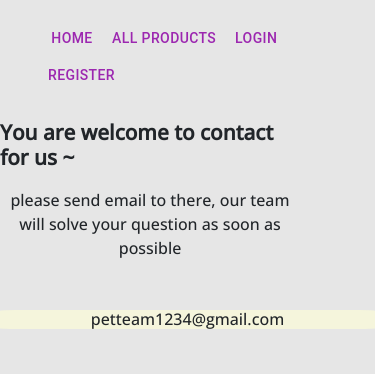
Repository: dzwfighting/pet
Page: /contact
The author's editor kept a copy of each file at every save. The page is drawn from the files as they stood at one save, then again after the next save.
The browser window is 375 px wide. The pictures show the whole page.
The project was rebuilt for these pictures with package versions that can differ from the ones it lists, and the page was loaded fresh each time. Also part of the build but not shown: src/components/homeComponent.js, src/components/Layout.js, src/components/checkoutComponent.js, src/fake-data/products.js, src/styles/css/cart.css, src/components/ShopCartComponent.js, src/components/productsDetail.js, src/manipulate/checkValid.js and 10 more.

Above is the page before, as saved 2023-08-20 10:24:29.

### src/index.js
import React from "react";
import ReactDOM from "react-dom/client";
import "./index.css";
import App from "./App";
import { Provider } from "react-redux";
import store from "./manipulate/store";
import reportWebVitals from "./reportWebVitals";

const root = ReactDOM.createRoot(document.getElementById("root"));
root.render(
  <Provider store={store}>
    <React.StrictMode>
      <App />
    </React.StrictMode>
  </Provider>
);

// If you want to start measuring performance in your app, pass a function
// to log results (for example: reportWebVitals(console.log))
// or send to an analytics endpoint. Learn more: https://bit.ly/CRA-vitals
reportWebVitals();

### src/App.js
import "./App.css";
import { BrowserRouter, Routes, Route } from "react-router-dom";
import Layout from "./components/Layout";
import Checkout from "./components/checkoutComponent";
import ShopCart from "./components/ShopCartComponent";
import ProductsDetail from "./components/productsDetail";
import Register from "./components/Register";
import Login from "./components/Login";
import Error from "./components/Error";
import Collections from "./components/Collections";
import Contactus from "./components/Contactus";
import Products from "./components/Products";

function App() {
  return (
    <BrowserRouter>
      <Routes>
        <Route path="/" element={<Layout />} />
        <Route path="checkout" element={<Checkout />} />
        <Route path="shopcart" element={<ShopCart />} />
        <Route path="contact" element={<Contactus />} />
        <Route path="products" element={<Products />} />
        <Route path="products/:id" element={<ProductsDetail />} />
        <Route path="register" element={<Register />} />
        <Route path="login" element={<Login />} />
        <Route path="error/:message" element={<Error />} />
        <Route path="collections" element={<Collections />} />
      </Routes>
    </BrowserRouter>
  );
}

export default App;

### src/manipulate/store.js
import { createStore } from "redux";
import rootReducer from "./reducer";

export default createStore(rootReducer);

### src/components/Contactus.js
import React from "react";
import NavComponent from "./navComponent";
import Container from "react-bootstrap/Container";
import Row from "react-bootstrap/Row";
import Col from "react-bootstrap/Col";
import "../styles/css/contact.css";
import cat11 from "../styles/images/cat11-removebg-preview.png";

const Contactus = () => {
  return (
    <div>
      <NavComponent />
      <div className="contactContainerSet">
        <h3>You are welcome to contact for us ~</h3>
        <p>
          please send email to there, our team will solve your question as soon
          as possible
        </p>
        <div className="emailBlock">petteam1234@gmail.com</div>
      </div>
    </div>
  );
};

export default Contactus;

### src/manipulate/reducer.js
import users from "../fake-data/users";

const initialState = {
  curUser: null,
  // cartItems: [],
  // totalQuantity: 0,
  // totalAmount: 0,
  // collectItems: [],
};

const rootReducer = (state = initialState, action) => {
  switch (action.type) {
    case "LOGIN":
      return {
        ...state,
        curUser: action.payload,
      };
    case "LOGOUT":
      return {
        ...state,
        curUser: null,
      };
    case "REGISTER":
      users.push(action.payload);
      return {
        ...state,
        curUser: action.payload,
      };
    // case "ADDCART":
    //   const newItem = action.payload;
    //   const existItem = state.cartItems.find((item) => item.id === newItem.id);
    //   state.totalQuantity++;
    //   if (!existItem) {
    //     state.cartItems.push({
    //       id: newItem.id,
    //       title: newItem.title,
    //       iamge: newItem.image,
    //       price: newItem.price,
    //       quantity: 1,
    //       totalPrice: newItem.price,
    //     });
    //   } else {
    //     existItem.quantity++;
    //     existItem.totalPrice =
    //       Number(existItem.totalPrice) + Number(newItem.price);
    //   }

    //   state.totalAmount = state.cartItems.reduce(
    //     (total, item) => total + Number(item.price) * Number(item.quantity),
    //     0
    //   );
  }
  return state;
};
export default rootReducer;

### src/components/navComponent.js
import React, { useEffect } from "react";
import { Link, useNavigate } from "react-router-dom";
import Button from "@mui/material/Button";
import { useDispatch, useSelector } from "react-redux";
import { logout } from "../manipulate/action";

const NavComponent = () => {
  const curUser = useSelector((state) => state.curUser);
  const dispatch = useDispatch();
  const navigate = useNavigate();

  const handleLogout = () => {
    dispatch(logout());
    navigate("/");
  };

  // console.log(curUser);

  return (
    <div style={{ marginLeft: "40px", marginTop: "20px", marginRight: "40px" }}>
      <Link to="/" style={{ textDecoration: "none" }}>
        <Button color="secondary">Home</Button>
      </Link>

      <Link
        to="/products"
        state={{ category: "all" }}
        style={{ textDecoration: "none" }}
      >
        <Button color="secondary">All Products</Button>
      </Link>
      {curUser ? (
        <Link to="/shopcart" style={{ textDecoration: "none" }}>
          <Button color="secondary">Shop Cart</Button>
        </Link>
      ) : (
        <a />
      )}
      {curUser ? (
        <Link to="/collections" style={{ textDecoration: "none" }}>
          <Button color="secondary">Collections</Button>
        </Link>
      ) : (
        <a />
      )}
      {/* {curUser ? (
        <Link to="/checkout" style={{ textDecoration: "none" }}>
          <Button color="secondary">Check Out </Button>
        </Link>
      ) : (
        <a />
      )} */}
      {curUser ? (
        <Button color="secondary" onClick={handleLogout}>
          Logout
        </Button>
      ) : (
        <Link to="/login" style={{ textDecoration: "none" }}>
          <Button color="secondary">Login</Button>
        </Link>
      )}
      {curUser ? (
        <a />
      ) : (
        <Link to="/register" style={{ textDecoration: "none" }}>
          <Button color="secondary">Register</Button>
        </Link>
      )}
    </div>
  );
};

export default NavComponent;

### src/fake-data/users.js
let users = [
  {
    email: "user1@gmail.com",
    password: "123456",
    collections: ["11"],
    cart: [{ proId: "11", cnt: "2" }],
    uploads: [
      "https://images.unsplash.com/photo-1526336024174-e58f5cdd8e13?ixlib=rb-4.0.3&ixid=M3wxMjA3fDB8MHxwaG90by1wYWdlfHx8fGVufDB8fHx8fA%3D%3D&auto=format&fit=crop&w=1887&q=80",
    ],
  },
  {
    email: "user2@gmail.com",
    password: "123456",
    collections: ["12", "13"],
    cart: [
      { proId: "12", cnt: "1" },
      { proId: "13", cnt: "2" },
    ],
    uploads: [
      "https://images.unsplash.com/photo-1526336024174-e58f5cdd8e13?ixlib=rb-4.0.3&ixid=M3wxMjA3fDB8MHxwaG90by1wYWdlfHx8fGVufDB8fHx8fA%3D%3D&auto=format&fit=crop&w=1887&q=80",
      "https://images.unsplash.com/photo-1542650507-17d51cecbbb5?ixlib=rb-4.0.3&ixid=M3wxMjA3fDB8MHxwaG90by1wYWdlfHx8fGVufDB8fHx8fA%3D%3D&auto=format&fit=crop&w=1942&q=80",
    ],
  },
];

let findUser = (email) => {
  let userIdx = 0;
  for (let i = 0; i < users.length; i++) {
    if (users[i].email === email) {
      userIdx = i;
      break;
    }
  }
  return userIdx;
};

export const findUserData = (email) => {
  let userIdx = findUser(email);
  return users[userIdx];
};

export let addCollect = (email, collect) => {
  let userIdx = findUser(email);

  // console.log("add succes");
  users[userIdx].collections.push(collect);
  console.log(users[userIdx]);
  return users[userIdx];
};

export let deleteCollect = (email, delId) => {
  let userIdx = findUser(email);

  let delIdx = 0;
  for (let i = 0; i < users[userIdx].collections.length; i++) {
    if (users[userIdx].collections[i] === delId) {
      delIdx = i;
      break;
    }
  }

  users[userIdx].collections.splice(delIdx, 1);
  console.log("del success");
  console.log(users[userIdx].collections);
  return users[userIdx];
};

export let addCart = (email, addId) => {
  let userIdx = findUser(email);
  let ifFind = false;
  for (let i = 0; i < users[userIdx].cart.length; i++) {
    if (users[userIdx].cart[i].proId === addId) {
      ifFind = true;
      users[userIdx].cart[i].cnt = (
        Number(users[userIdx].cart[i].cnt) + 1
      ).toString();
      break;
    }
  }

  if (!ifFind) {
    users[userIdx].cart.push({ proId: addId, cnt: "1" });
  }
  console.log(users[userIdx]);
  return users[userIdx];
};

export const delCart = (email, delId) => {
  let userIdx = findUser(email);
  for (let i = 0; i < users[userIdx].cart.length; i++) {
    if (users[userIdx].cart[i].proId === delId) {
      users[userIdx].cart.splice(i, 1);
      break;
    }
  }
  console.log(users[userIdx]);
  return users[userIdx];
};

export const delOnePro = (email, delId) => {
  let userIdx = findUser(email);
  console.log(delId);
  console.log(users[userIdx]);
  for (let i = 0; i < users[userIdx].cart.length; i++) {
    if (users[userIdx].cart[i].proId === delId) {
      console.log("start delete");
      let delOne = Number(users[userIdx].cart[i].cnt) - 1;
      console.log(delOne);
      if (delOne == 0) {
        delCart(email, delId);
        break;
      } else {
        users[userIdx].cart[i].cnt = delOne.toString();
        break;
      }
    }
  }
  console.log(users[userIdx]);
  return users[userIdx];
};
export default users;

### src/styles/css/prodetail.css
@import url("https://fonts.googleapis.com/css2?family=Open+Sans:wght@500&display=swap");
.detailcard {
  display: flex;
  position: relative;
  font-family: "Open Sans", sans-serif;
  width: 100vw;
  left: 1vw;
  right: 1vw;
}
.detailcardimg {
  width: 25vw;
  height: 40vw;
}
.detailcontent {
  width: 66vw;
}
.detailcontent h2 {
  margin-bottom: 1vw;
}
.detailcontent p {
  margin-left: 1vw;
  text-align: left;
  padding-right: 1vw;
  padding-bottom: 1vw;
  width: 66vw;
  font-size: 1rem;
}

@media screen and (min-width: 1105px) {
  .detailcardimg {
    width: 300px;
    height: 380px;
  }
  .detailfinalBtn {
    margin-top: -5px;
  }
}

@media screen and (min-width: 917px) and (max-width: 1105px) {
  .detailcardimg {
    width: 28vw;
    height: 450px;
  }
  .detailcontent {
    width: 27vw;
  }
  .detailcontent h2 {
    font-size: 1rem;
  }
  .detailcontent p {
    font-size: 0.8rem;
  }
  .detailfinalBtn {
    margin-top: 5px;
  }
}

@media screen and (min-width: 771px) and (max-width: 917px) {
  /* .detailcardimg {
    width: 28vw;
    height: 45vw;
  } */
  .detailcontent h2 {
    margin-bottom: 5px;
    font-size: 1rem;
  }
  .detailcontent p {
    margin-left: 5px;
    padding-right: 5px;
    padding-bottom: 0px;
    width: 66vw;
    font-size: 0.7rem;
  }
}
@media screen and (min-width: 615px) and (max-width: 771px) {
  .detailcardimg {
    width: 20vw;
    height: 30vw;
  }
  .detailcontent h2 {
    margin-bottom: 5px;
    font-size: 0.9rem;
  }
  .detailcontent p {
    margin-left: 5px;
    padding-right: 0;
    padding-bottom: 0px;
    width: 66vw;
    font-size: 0.5rem;
  }
}
@media screen and (min-width: 480px) and (max-width: 615px) {
  .detailcard {
    display: block;
  }
  .detailcardimg {
    position: relative;
    left: 2%;
    width: 25vw;
    height: 35vw;
  }
  .detailcontent {
    width: 95vw;
  }
  .detailcontent h2 {
    width: 95vw;
    margin-left: 0;
    margin-bottom: 2px;
    font-size: 0.9rem;
  }
  .detailcontent p {
    margin-left: 2px;
    padding-right: 0;
    padding-bottom: 0px;
    width: 90vw;
    font-size: 0.7rem;
  }
  .detailfinalBtn {
    font-size: 0.7rem;
  }
}
@media screen and (min-width: 200px) and (max-width: 480px) {
  .detailcard {
    display: block;
  }
  .detailcardimg {
    position: relative;
    left: 2%;
    width: 25vw;
    height: 35vw;
  }
  .detailcontent {
    width: 95vw;
  }
  .detailcontent h2 {
    width: 90vw;
    margin-left: 0;
    margin-bottom: 2px;
    font-size: 0.9rem;
  }
  .detailcontent p {
    margin-left: 2px;
    padding-right: 0;
    padding-bottom: 0px;
    width: 90vw;

    font-size: 0.7rem;
  }
  .detailfinalBtn {
    font-size: 0.7rem;
  }
}

### src/manipulate/action.js
export const login = (user) => ({
  type: "LOGIN",
  payload: user,
});

export const logout = () => ({
  type: "LOGOUT",
});

export const register = (newUser) => ({
  type: "REGISTER",
  payload: newUser,
});

// export const addToCart = (item) => ({
//   type: "ADDTOCART",
//   payload: item,
// });

// export const deleteFromCard = (item) => ({
//   typeof: "DELETEFROMCART",
//   payload: item,
// });

// export const addToCollect = (item) => ({
//   type: "ADDTOCOLLECT",
//   payload: item,
// });

// export const deleteFromColllect = (item) => ({
//   type: "DELETEFROMCOLLECT",
//   payload: item,
// });

### src/styles/css/login.css
@import url("https://fonts.googleapis.com/css2?family=Open+Sans:wght@500&display=swap");
.formSet {
  display: flex;
  margin-left: 5%;
  align-items: center;
  font-family: "Open Sans", sans-serif;
}
.lableSet {
  font-size: 2rem;
}

.inputSet {
  font-size: 1rem;
  width: 800px;
}

.loginbtnSet {
  align-items: center;
  justify-content: center;
  width: 100px;
  height: 40px;
  /* font-size: 1.1rem; */
}
.pSet {
  font-size: 1.2rem;
}

@media screen and (min-width: 1025px) {
  .formSet {
    display: flex;
    margin-left: 5%;
    align-items: center;
    font-family: "Open Sans", sans-serif;
  }
  .lableSet {
    font-size: 2rem;
  }

  .inputSet {
    text-align: left;
    font-size: 1rem;
    width: 600px !important;
  }
  .loginbtnSet {
    height: 35px !important;
  }

  .regSet {
    width: 100px !important;
    padding-top: 6px;
    height: 37px !important;
  }
  .loginbtnSet p {
    width: 70px;
  }
  .pSet {
    font-size: 1.2rem !important;
  }
}
@media screen and (min-width: 769px) and (max-width: 1024px) {
  .formSet {
    display: flex;
    margin-left: 5%;
    align-items: center;
    font-family: "Open Sans", sans-serif;
  }
  .lableSet {
    font-size: 1.5rem;
  }
  .inputSet {
    font-size: 0.9rem !important;
    width: 700px !important;
  }
  .loginbtnSet {
    width: 65px;
    height: 38px;
    font-size: 0.9rem;
  }

  .regSet {
    width: 80px;
    padding-left: 6px;
    height: 38px;
  }
  .regSet p {
    margin-left: 2px;
    font-size: 0.9rem;
  }
  .pSet {
    font-size: 1rem;
  }
}
@media screen and (min-width: 481px) and (max-width: 768px) {
  .formSet {
    display: flex;
    margin-left: 5%;
    align-items: center;
    font-family: "Open Sans", sans-serif;
  }
  .lableSet {
    font-size: 1.5rem;
  }
  .inputSet {
    font-size: 0.9rem !important;
    width: 700px !important;
  }
  .loginbtnSet {
    width: 70px;
    /* padding-top: 1px;
    padding-left: 21px; */
    height: 38px;
    font-size: 0.9rem;
  }
  .regSet {
    width: 88px;
    /* padding-top: 2px;
    padding-left: 25px; */
    height: 37px;
    font-size: 0.9rem;
  }
}
@media screen and (max-width: 481px) {
  .formSet {
    display: flex;
    margin-left: 5%;
    align-items: center;
    font-family: "Open Sans", sans-serif;
    margin-top: 50px !important;
  }
  .lableSet {
    font-size: 1rem;
  }
  .inputSet {
    font-size: 0.8rem;
    width: 200px;
    height: 40px;
  }
  .loginbtnSet {
    align-items: center;
    justify-content: center;
    width: 56px;
    height: 28px;
    font-size: 0.7rem;
  }
  .pSet {
    font-size: 0.8rem;
  }
  .regSet {
    width: 66px;
    /* padding-left: 16px; */
    height: 30px;
    font-size: 0.7rem;
  }
}

### src/styles/css/contact.css
@import url("https://fonts.googleapis.com/css2?family=Open+Sans:wght@500&display=swap");
.contactContainerSet h3 {
  display: flex;
  justify-content: center;
  align-items: center;
  font-family: "Open Sans", sans-serif;
  margin-top: 9%;
  font-size: 2rem;
  font-weight: 900;
}
.contactContainerSet p {
  text-align: center;
  font-family: "Open Sans", sans-serif;
  margin-top: 6%;
  font-size: 1.5rem;
}

.emailBlock {
  display: flex;
  align-items: center;
  text-align: center;
  justify-content: center;
  font-family: "Open Sans", sans-serif;
  width: 100vw;
  height: 5vw;
  background-color: beige;
  border-radius: 4%;
  font-size: 1.5rem;
  margin-top: 50px;
}

@media screen and (min-width: 769px) and (max-width: 1024px) {
  .contactContainerSet p {
    font-size: 1.2rem;
  }
  .emailBlock {
    font-size: 1.2rem;
  }
}
@media screen and (min-width: 481px) and (max-width: 768px) {
  .contactContainerSet h3 {
    font-size: 1.3rem;
  }

  .contactContainerSet p {
    /* width: 80vw; */
    font-size: 1rem;
  }
  .emailBlock {
    font-size: 1rem;
  }
}
@media screen and (max-width: 480px) {
  .contactContainerSet {
    width: 80vw;
  }
  .contactContainerSet h3 {
    font-size: 1.3rem;
  }

  .contactContainerSet p {
    width: 80vw;
    font-size: 1rem;
  }
  .emailBlock {
    font-size: 1rem;
  }
}

### src/styles/css/categories.css
@import url("https://fonts.googleapis.com/css2?family=Open+Sans:wght@500&display=swap");
.cardSet {
  /* margin-left: -18%; */
  position: relative;

  font-family: "Open Sans", sans-serif !important;
  /* margin-right: -20% */
}
.cSet {
  position: relative;
  right: 10%;

  /* width: 100vw; */
  justify-content: center;
}
.imgSet {
  width: 100vw !important;
}
.linkFont {
  font-size: 1.5em;
  margin-top: -50px;
}

@media screen and (min-width: 1025px) {
}
@media screen and (min-width: 769px) and (max-width: 1024px) {
  .cardSet {
    display: flex !important;
    align-items: center !important;
    justify-content: center !important;
    text-align: center !important;
    /* margin-left: -18%; */
  }
  .linkFont {
    font-size: 1.2em;
    margin-top: -50px;
  }
  .imgSet {
    width: 701px !important;
  }
}
@media screen and (min-width: 481px) and (max-width: 768px) {
  .cardSet {
    display: flex !important;
    align-items: center !important;
    justify-content: center !important;
    text-align: center !important;
    margin-left: -16%;
    /* margin-right: -20% */
  }
  .linkFont {
    font-size: 1.2em;
    margin-top: 1px !important;
  }

  .imgSet {
    width: 401px !important;
  }
}
@media screen and (max-width: 480px) {
  .cardSet {
    display: flex !important;
    align-items: center !important;
    justify-content: center !important;
    text-align: center !important;
  }
  .imgSet {
    width: 310px !important;
  }
  .linkFont {
    font-size: 1em;
    margin-top: 10px;
  }
}

Loaded but not shown: public/index.html (common file); src/index.css (common file); src/reportWebVitals.js (common file); src/App.css (common file); src/styles/allproducts.css (no stored copy; drawn as an empty file)

After the next save:
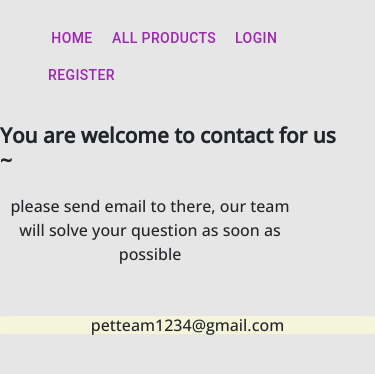
Saved 20 s later.
--- a/src/styles/css/contact.css
+++ b/src/styles/css/contact.css
@@ -52,7 +52,7 @@
 }
 @media screen and (max-width: 480px) {
   .contactContainerSet {
-    width: 80vw;
+    width: 90vw;
   }
   .contactContainerSet h3 {
     font-size: 1.3rem;
